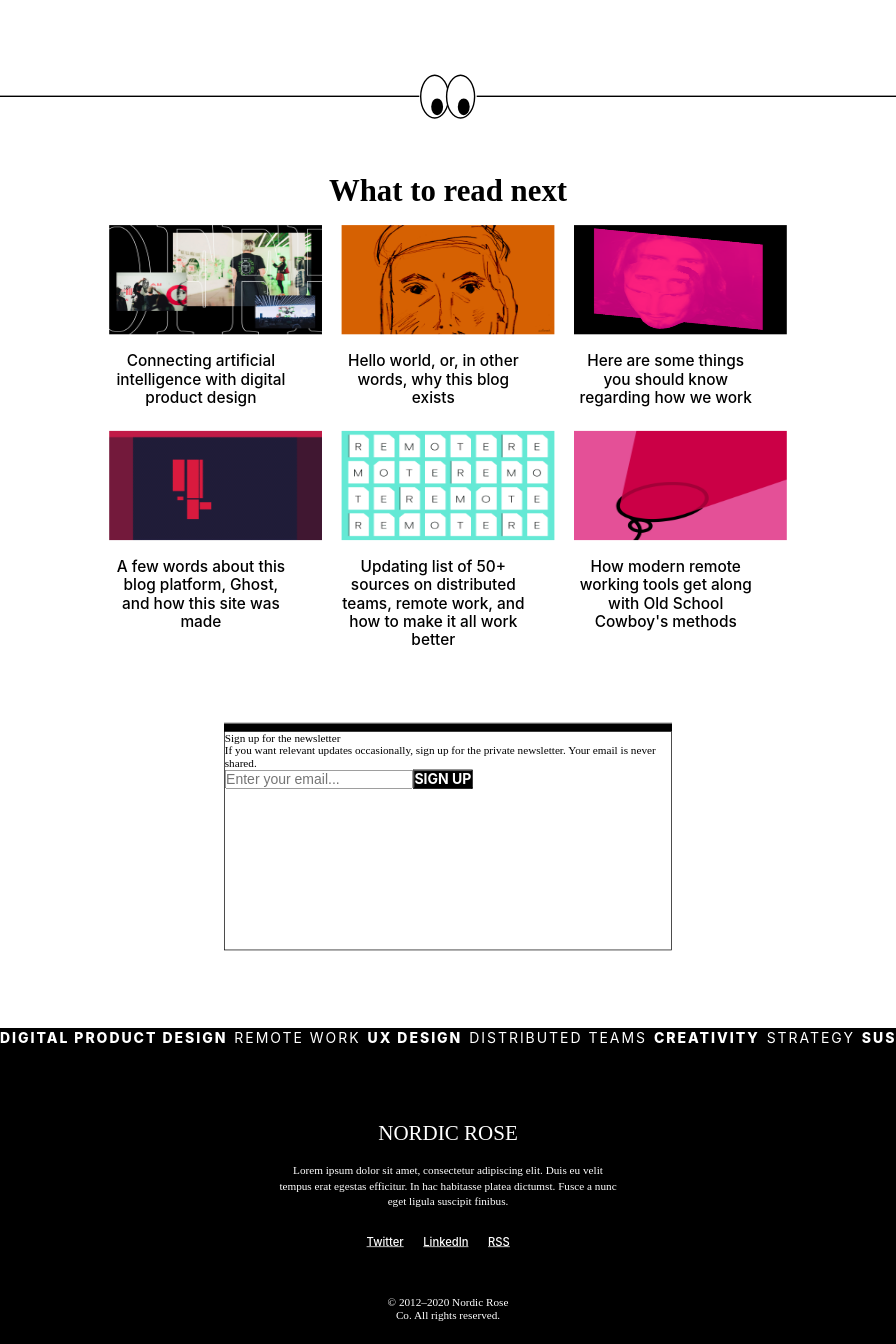
Repository: ThuTrang-jvb/JVB-BT1
Page: Page 3/article.html
An editor plug-in stored every save of this project. The page is shown before and after a run of saves, followed by the edit.
The browser window is 1280 px wide. The pictures show the part of the page from y = 3931 to 5851 px (the page is 5851 px tall), at 70% of full size.

Above is the page before, as saved 2025-06-30 10:14:39.

### Page 3/article.html
<!DOCTYPE html>
<html lang="en">
<head>
    <meta charset="UTF-8">
    <meta name="viewport" content="width=device-width, initial-scale=1.0">
    <link rel="stylesheet" href="styleArticle.css">
    <link href="https://fonts.googleapis.com/css2?family=Playfair+Display&display=swap" rel="stylesheet">
    <title>Article</title>
</head>
<body>
    <div class="header">
        <h1>NORDIC ROSE</h1>
        <div class="nav">
            <p class="active">blog</p>
            <p>about</p>
            <p>links</p>
            <p>projects</p>
        </div>
        <div class="hamburger">
            <span></span>
            <span></span>
            <span></span>
        </div>
    </div>
    <hr>
    <div class="main">
        <div class="title">
            <h1>A few words about this blog platform, Ghost, and how this site was made</h1>
            <p>Why Ghost (& Figma) instead of Medium, <br> WordPress or other options?</p>
            <img src="image/image 2.png" alt="image 2">
            <hr>
        </div>
        <div class="status">
            <div class="status_img">
                <img src="image/anh_nen.png" alt="image 3">
                <div class="status_text">
                    <p class="bold_p">Mika MAtikainen</p>
                    <p>Apr 15, 2020 · 4 min read</p>
                </div>

            </div>

            <div class="share-buttons">
                <button class="share-btn" aria-label="Share on Facebook">
                    <svg width="18" height="18" viewBox="0 0 24 24" fill="#000" xmlns="http://www.w3.org/2000/svg">
                    <path d="M22 12.07C22 6.48 17.52 2 12 2S2 6.48 2 12.07c0 5 3.66 9.13 8.44 9.93v-7.03h-2.54v-2.9h2.54V9.41c0-2.5 1.49-3.89 3.77-3.89 1.09 0 2.24.2 2.24.2v2.46h-1.26c-1.24 0-1.63.77-1.63 1.56v1.87h2.78l-.44 2.9h-2.34v7.03C18.34 21.2 22 17.07 22 12.07z"/>
                    </svg>
                </button>
                <button class="share-btn" aria-label="Share on Twitter">
                    <svg width="18" height="18" viewBox="0 0 24 24" fill="#000" xmlns="http://www.w3.org/2000/svg">
                    <path d="M22.46 6c-.77.35-1.6.58-2.46.69a4.28 4.28 0 0 0 1.88-2.36 8.56 8.56 0 0 1-2.71 1.04 4.26 4.26 0 0 0-7.26 3.88 12.09 12.09 0 0 1-8.77-4.45 4.26 4.26 0 0 0 1.32 5.69 4.23 4.23 0 0 1-1.93-.53v.05a4.26 4.26 0 0 0 3.42 4.17 4.29 4.29 0 0 1-1.92.07 4.26 4.26 0 0 0 3.98 2.96A8.54 8.54 0 0 1 2 19.54 12.07 12.07 0 0 0 8.29 21.5c7.55 0 11.68-6.26 11.68-11.68 0-.18 0-.35-.01-.53A8.36 8.36 0 0 0 22.46 6z"/>
                    </svg>
                </button>
            </div>
        </div>
        <div class="caption">
            <pre>Lorem ipsum dolor sit amet, consectetur adipiscing elit. Duis eu velit
tempus erat egestas efficitur. In hac habitasse platea dictumst. Fusce a
nunc eget ligula suscipit finibus. Aenean pharetra quis lacus at viverra.

Class aptent taciti sociosqu ad litora torquent per conubia nostra, per
inceptos himenaeos. Aliquam quis posuere ligula. In eu dui molestie, molestie
lectus eu, semper lectus.</pre>
            <h2>Next on the pipeline</h2>
            <pre>Duis eu velit tempus erat egestas efficitur. In hac habitasse platea
dictumst. Fusce a nunc eget ligula suscipit finibus. Aenean pharetra
quis lacus at viverra. Class aptent taciti sociosqu ad litora torquent per
conubia nostra, per inceptos himenaeos.

Morbi efficitur auctor metus, id mollis lorem pellentesque id. Nullam
posuere maximus dui et fringilla. </pre>
            <figure>
                <img src="image/3cc5df540f70fc0ba5d96cdc94c3d237971a9b6e.jpg" alt="Rectangle 8">
                <figcaption>Image caption centered this way and I’ll make this a bit longer to indicate the amount of line-height. </figcaption>
            </figure>
            <pre>Aenean pharetra quis lacus at viverra. Class aptent taciti sociosqu ad
litora torquent per conubia nostra, per inceptos himenaeos. Aliquam
quis posuere ligula.

In eu dui molestie, molestie lectus eu, semper lectus. Proin at justo
lacinia, auctor nisl et, consequat ante. Donec sit amet nisi arcu. Morbi
efficitur auctor metus, id mollis lorem pellentesque id. Nullam
posuere maximus dui et fringilla. Nulla non volutpat leo.</pre>
            <p>A list looks like this:</p>
            <ul>
                <li>First item in the list</li>
                <li>Second item in the list lorem ipsum dolor sit amet nunc felis dolor lorem ipsum sit amet</li>
                <li>Third item in the list</li>
            </ul>
            <p>Class aptent taciti sociosqu ad litora torquent per conubia nostra, per inceptos himenaeos. Aliquam quis posuere ligula. </p>
            <p>Thanks for reading,<br>
            Mika</p>
        </div>
        <div class="links">
            <div class="share-buttons">
                <button class="share-btn" aria-label="Share on Facebook">
                    <svg width="18" height="18" viewBox="0 0 24 24" fill="#000" xmlns="http://www.w3.org/2000/svg">
                        <path d="M22 12.07C22 6.48 17.52 2 12 2S2 6.48 2 12.07c0 5 3.66 9.13 8.44 9.93v-7.03h-2.54v-2.9h2.54V9.41c0-2.5 1.49-3.89 3.77-3.89 1.09 0 2.24.2 2.24.2v2.46h-1.26c-1.24 0-1.63.77-1.63 1.56v1.87h2.78l-.44 2.9h-2.34v7.03C18.34 21.2 22 17.07 22 12.07z"/>
                        <span>Share on Facebook</span>
                    </svg>
                </button>
                <button class="share-btn" aria-label="Share on Twitter">
                    <svg width="18" height="18" viewBox="0 0 24 24" fill="#000" xmlns="http://www.w3.org/2000/svg">
                    <path d="M22.46 6c-.77.35-1.6.58-2.46.69a4.28 4.28 0 0 0 1.88-2.36 8.56 8.56 0 0 1-2.71 1.04 4.26 4.26 0 0 0-7.26 3.88 12.09 12.09 0 0 1-8.77-4.45 4.26 4.26 0 0 0 1.32 5.69 4.23 4.23 0 0 1-1.93-.53v.05a4.26 4.26 0 0 0 3.42 4.17 4.29 4.29 0 0 1-1.92.07 4.26 4.26 0 0 0 3.98 2.96A8.54 8.54 0 0 1 2 19.54 12.07 12.07 0 0 0 8.29 21.5c7.55 0 11.68-6.26 11.68-11.68 0-.18 0-.35-.01-.53A8.36 8.36 0 0 0 22.46 6z"/>
                    <span>Share on Twitter</span>
                    </svg>
                </button>
            </div>
        </div>
        <div class="tag">
            <p>Tags: <a href="#">product design</a>, <a href="#">culture</a></p>
            <hr>
            <div class="status_tag">
                <img src="image/anh_nen.png" alt="image 3">
                <div class="status_text_end">
                    <p> <b>MIKA MATIKAINEN</b> is a Design Founder & Advisor, Berlin School of Creative Leadership Executive MBA participant, Zippie advisor, Wolt co-founder, and Nordic Rose stakeholder.  </p>
                </div>

            </div>
        </div>
    </div>
    <div class="divider">
        <div class="path"></div>
        <div class="eyes">
            <div class="eye eye-left">
                <div class="pupil"></div>
            </div>
            <div class="eye eye-right">
                <div class="pupil"></div>
            </div>
        </div>
        <div class="path"></div>
    </div>
    <div>
        <h3>What to read next</h3>
        <div class="image">
            <div class="image_line">
                <img src="image/image1.png" alt="Rectangle 4">
                <p>Connecting artificial intelligence with digital product design</p>
            </div>
            <div class="image_line">
                <img src="image/image2.png" alt="Rectangle 11">
                <p>Hello world, or, in other words, why this blog exists</p>
            </div>
            <div class="image_line">
                <img src="image/image.png" alt="Rectangle 10">
                <p>Here are some things you should know regarding how we work </p>
            </div>
        </div>
        <div class="image_desktop">
            <div class="image_line">
                <img src="image/image13.png" alt="Rectangle 37">
                <p>A few words about this blog platform, Ghost, and how this site was made</p>
            </div>
            <div class="image_line">
                <img src="image/image12.png" alt="Rectangle 39">
                <p>Updating list of 50+ sources on distributed teams, remote work, and how to make it all work better</p>
            </div>
            <div class="image_line">
                <img src="image/image11.png" alt="Rectangle 38">
                <p>How modern remote working tools get along with Old School Cowboy's methods</p>
            </div>
        </div>
    </div>
    <hr>
    <div class="frame">
        <p class="sign">Sign up for the newsletter</p>
        <p>If you want relevant updates occasionally, sign up for the private newsletter. Your email is never shared. </p>
        <div class="email">
            <input type="email" placeholder="Enter your email...">
            <button>SIGN UP</button>
        </div>
    </div>



    <div class="footer">
        <div class="line-wrap">
            <div class="line">
                <span class="bold">Digital product design</span>
                <span>Remote work</span>
                <span class="bold">UX design</span>
                <span>Distributed teams</span>
                <span class="bold">Creativity</span>
                <span>Strategy</span>
                <span class="bold">Suspense</span>
                <span>Growth</span>
            </div>
        </div>
        <p class="logo">NORDIC ROSE</p>
        <p class="para">Lorem ipsum dolor sit amet, consectetur adipiscing elit. Duis eu velit tempus erat egestas efficitur. In hac habitasse platea dictumst. Fusce a nunc eget ligula suscipit finibus. </p>
        <div class="info">
            <p>Twitter</p>
            <p>LinkedIn</p>
            <p>RSS</p>
        </div>
        <p class="year">© 2012–2020 Nordic Rose Co. All rights reserved. </p>
    </div>
</body>
</html>

### Page 3/styleArticle.css
 * {
    margin: 0;
    padding: 0;
    box-sizing: border-box;
 }
.header {
    width: 100%;
    max-width: 1440px;
    height: auto;
    box-sizing: border-box;
    justify-content: space-between;
    align-items: center;
    display: flex;
    gap: 476.59px;
    padding: 52.54px 61px 40px 63.58px;
    height: 134px;
}
.header h1 {
    font-weight: 400;
    font-size: 30px;
}
.hamburger {
  display: none;
  flex-direction: column;
  gap: 5px;
  cursor: pointer;
}

.hamburger span {
  width: 25px;
  height: 3px;
  background-color: black;
  display: block;
  border-radius: 2px;
}
.nav {
    display: flex;
    justify-content: center;
    gap: 34px;
}
.nav p {
    position: relative;
    font-family: New York Small;
    font-weight: 500;
    font-size: 20px;
    line-height: 170%;
    letter-spacing: 2.8px;
    text-align: center;
    text-transform: uppercase;
    margin: 0;
    text-decoration: none;

}

.nav p.active::after {
    content: "";
    position: absolute;
    bottom: -43px;
    left: 50%;
    transform: translateX(-50%);
    width: 50px;
    height: 2px;
    background-color: #000;
}

hr {
  width: 100vw;
  border: none;
  border-top: 1px solid #ccc;
  margin: 0;
}
.title img {
    width: 100vw;
    height: auto;
    display: block;
    padding-bottom: 44px;
    margin: 0 auto;
}
.title h1 {
    font-family: New York Extra Large;
    font-weight: 700;
    font-size: 54px;
    line-height: 100%;
    letter-spacing: 0%;
    text-align: center;
    margin: 0 auto;
    max-width: 858px;
    padding-top: 52px;
    padding-bottom: 32px;
}
.title p {
    font-family: SF Mono;
    font-weight: 400;
    font-size: 20px;
    line-height: 170%;
    letter-spacing: 0%;
    text-align: center;
    max-width: 592px;
    margin: 0 auto;
    padding-bottom: 52px;

}
.title hr {
    border: 2px solid #000000;
    width: 640px;
    display: block;
    margin: 0 auto;
}
.status_img img {
    width: 56px;
    height: 56px;
    object-fit: cover;
    border-radius: 50%;
}
.share-buttons {
    display: flex;
    border: 2px solid #e0e0e0;
    border-radius: 5px;
    overflow: hidden;
    width: fit-content;
    background-color: #fff;
    margin-left: 273px;
    margin-top: 1px;
}
.share-btn {
    border: none;
    padding: 12.04px 25px;
    background: transparent;
    cursor: pointer;
    display: flex;
    align-items: center;
    justify-content: center;
    outline: none;
    gap: 16px;
}

.share-btn + .share-btn {
    border-left: 1px solid #e0e0e0;
}

.share-btn svg {
    width: 20px;
    height: 20px;
}
.status {
    display: flex;
    justify-content: center;
    align-items: center;
}
.status_img {
    display: flex;
    align-items: center;
    gap: 5px;
    padding-top: 24px;
    padding-bottom: 53px;
}
.bold_p {
    max-width: 191px;
    font-family: SF Pro Text;
    font-weight: 700;
    font-size: 16px;
    line-height: 100%;
    letter-spacing: 5%;
    text-transform: uppercase;
}
.status_text p {
    font-family: SF Pro Text;
    font-weight: 400;
    font-size: 16px;
    line-height: 100%;
    letter-spacing: 0%;
}
.status_text {
    padding-top: 5px;
}
.caption pre{
    text-align: left;
    margin: 0 auto;
    max-width: 640px;
    font-family: 'SF Pro Text', 'New York Medium', serif;
    font-weight: 400;
    font-size: 20px;
    line-height: 170%;
    letter-spacing: 0%;

}

.caption h2 {
    font-family: SF Pro Display;
    font-weight: 700;
    font-size: 32px;
    line-height: 160%;
    letter-spacing: 0%;
    padding-top: 57px;
    padding-bottom: 24px;
    text-align: left;
    max-width: 640px;
    margin: 0 auto;
}
.caption img {
    width: 854px;
    height: 570px;
    display: block;
    margin: 0 auto;
    padding-top: 52px;
    padding-bottom: 12px;
}
figcaption {
    max-width: 481px;
    text-align: center;
    margin: 0 auto;
    padding-bottom: 52px;
}
.caption p {
    font-family: New York Medium;
    font-weight: 400;
    font-size: 20px;
    line-height: 170%;
    letter-spacing: 0%;
    text-align: left;
    margin: 0 auto;
    max-width: 640px;
    padding-top: 52px;
}
li {
    font-family: New York Medium;
    font-weight: 400;
    font-size: 20px;
    line-height: 170%;
    letter-spacing: 0%;
    text-align: left;
    margin: 0 auto;
    max-width: 588px;
}
ul {
    padding-top: 19px;
}
.links {
    display: block;
    margin: 0 auto;
    padding-top: 77px;

}
.links .share-buttons{
    margin: 0 auto;
}
.links .share-btn {
    padding: 19px 70px;
}
.tag p {
    max-width: 640px;
    text-align: left;
    margin: 0 auto;
    padding-top: 32px;
    padding-bottom: 34px;
    font-family: SF Pro Text;
    font-weight: 500;
    font-size: 16px;
    line-height: 100%;
    letter-spacing: 3%;

}
.tag hr {
    border: 1px dotted #000000;
    width: 640px;
    display: block;
    margin: 0 auto;
}
.status_text_end {
    display: flex;
    max-width: 543px;
    text-align: left;
    margin: 0 auto;
    font-family: SF Pro Text;
    font-weight: 400;
    font-size: 16px;
    line-height: 160%;
    letter-spacing: 5%;

}
.status_tag img {
    width: 70px;
    height: 70px;
    object-fit: cover;
    border-radius: 50%;
}
.status_tag {
    display: flex;
    align-items: center;
    gap: 24px;
    max-width: 640px;
    margin: 0 auto;
}



.footer {
    background-color: #000000;
    color: white;
    text-align: center;
    padding-bottom:32px;
}
.bold {
    font-weight: 800;
}
.line {
    display: flex;
    flex-wrap: nowrap;
    overflow-x: auto;
    max-width: 100%;
    letter-spacing: 2.8px;
    white-space: nowrap;
    padding-bottom: 105.12px;
    scrollbar-width: none;
    gap: 10px;
}
.line::-webkit-scrollbar {
    display: none;
}
.line-wrapper {
  width: 100vw;
  overflow-x: auto;
}
.line span {
    font-family: SF Pro Text;
      font-size: 20px;
      color: #fff;
      text-transform: uppercase;
      display: inline-flex;
      flex-wrap: nowrap;
      justify-content: center;
      flex-shrink: 0;
      line-height: 28px;
}
    .divider {
      display: flex;
      align-items: center;
      justify-content: center;
      margin: 100px 0 40.71px;
    }

    .path {
      flex: 1;
      height: 2.5px;
      background-color: black;
    }

    .eyes {
      display: flex;
      width: 82px;
      height: 64px;
      align-items: center;
      position: relative;
    }

    .eye {
      width: 42.29px;
      height: 62.86px;
      background: white;
      border: 2.5px solid black;
      border-radius: 50%;
      position: absolute;
    }

    .eye-left {
      left: 0.5px;
    }

    .eye-right {
      left: 38px;
    }

    .pupil {
      width: 17.14px;
      height: 24.29px;
      background: black;
      border-radius: 50%;
      position: absolute;
      top: 55%;
      left: 38%;
    }
.image, .image_desktop {
    display: grid;
    grid-template-columns: repeat(3, 0fr);
    justify-content: center;
    gap: 28px
}
.image_line img {
    width: 304px;
    height: 176px;
    padding-bottom: 20px;
}
.image_line p {
    font-family: SF Pro Display;
    font-weight: 500;
    font-size: 22px;
    line-height: 120%;
    letter-spacing: 0%;
    text-align: center;
    max-width: 262px;
    padding-bottom: 34px;
}
h3 {
    font-family: New York Extra Large;
    font-weight: 700;
    font-size: 44px;
    line-height: 100%;
    letter-spacing: 0%;
    text-align: center;
    padding-top: 40.71px;
    padding-bottom: 27px;
}
.email {
    display: flex;
}
.frame {
    width: 640px;
    height: 313px;
    border: 1px solid #000000;
    display: block;
    margin: 0 auto 111px;
}
hr {
    background: #000000;
    width: 640px;
    height: 12px;
    display: block;
    margin: 0 auto;
    margin-top: 71px;
}
button {
    background-color: #000000;
    color: white;
    font-family: SF Pro Text;
    font-weight: 700;
    font-size: 20px;
    line-height: 100%;
    letter-spacing: 5%;
    text-align: center;
    text-transform: uppercase;
}
input {
    border: 1px solid #000000
font-family: SF Pro Text;
font-weight: 400;
font-size: 20px;
line-height: 100%;
letter-spacing: 0%;

}










.footer h1 {
    padding-bottom: 25.58px;
}
.para {
    font-family: New York Small;
    font-weight: 400;
    font-size: 16px;
    line-height: 140%;
    text-align: center;
    max-width: 488px;
    padding-bottom: 32px;
    margin: 0 auto;
}
.info {
    display: flex;
    justify-content: center;
    max-width: 209px;
    padding-bottom: 64px;
    margin: 0 auto;
}

.info p {
    margin: 0;
    font-family: SF Pro Text;
    font-weight: 500;
    font-size: 16px;
    line-height: 170%;
    text-decoration: underline;
    padding-right: 28px;
}
.logo {
    margin: 0;
    font-weight: 400;
    font-size: 30px;
    padding-bottom: 25.58px;
}
.footer .year {
    max-width: 178px;
    text-align: center;
    margin: 0 auto;
}
@media screen and (max-width: 767px) {
    .header {
        padding: 24px 20px;
        gap: 0;
    }

    .nav {
        display: none;
    }

    .hamburger {
        display: flex;
    }
    hr {
        width: 100%;
    }
    .main {
        padding: 52px 0 0 0;
    }

    .title img {
        width: 100%;
        height: auto;
        display: block;
        margin: 0;
    }

    .title h1 {
        font-size: 36px;
        max-width: 100%;
        text-align: center;
        padding-bottom: 24px;
        margin: 0 auto;
    }

    .title p {
        font-size: 16px;
        max-width: 90%;
        text-align: center;
        padding-bottom: 36px;
    }

    .title hr {
        width: 90%;

    }




    .line {
        margin: 0;
        padding-bottom: 32px;
        justify-content: flex-start;
        max-width: 100vw;
        overflow-x: auto;
    }

    .line span {
        font-size: 14px;
        line-height: 24px;
    }

    .logo {
        font-size: 20px;
        padding-bottom: 16px;
    }

    .para {
        font-size: 14px;
        padding-bottom: 32px;
        margin: 0 auto;
        max-width: 90%;
    }

    .info {
        justify-content: center;
        gap: 16px;
        font-size: 14px;
        padding-bottom: 64px;
        max-width: 100%;
    }

    .footer .year {
        font-size: 12px;
        padding: 0 16px;
    }
}

After the next 3 saves:
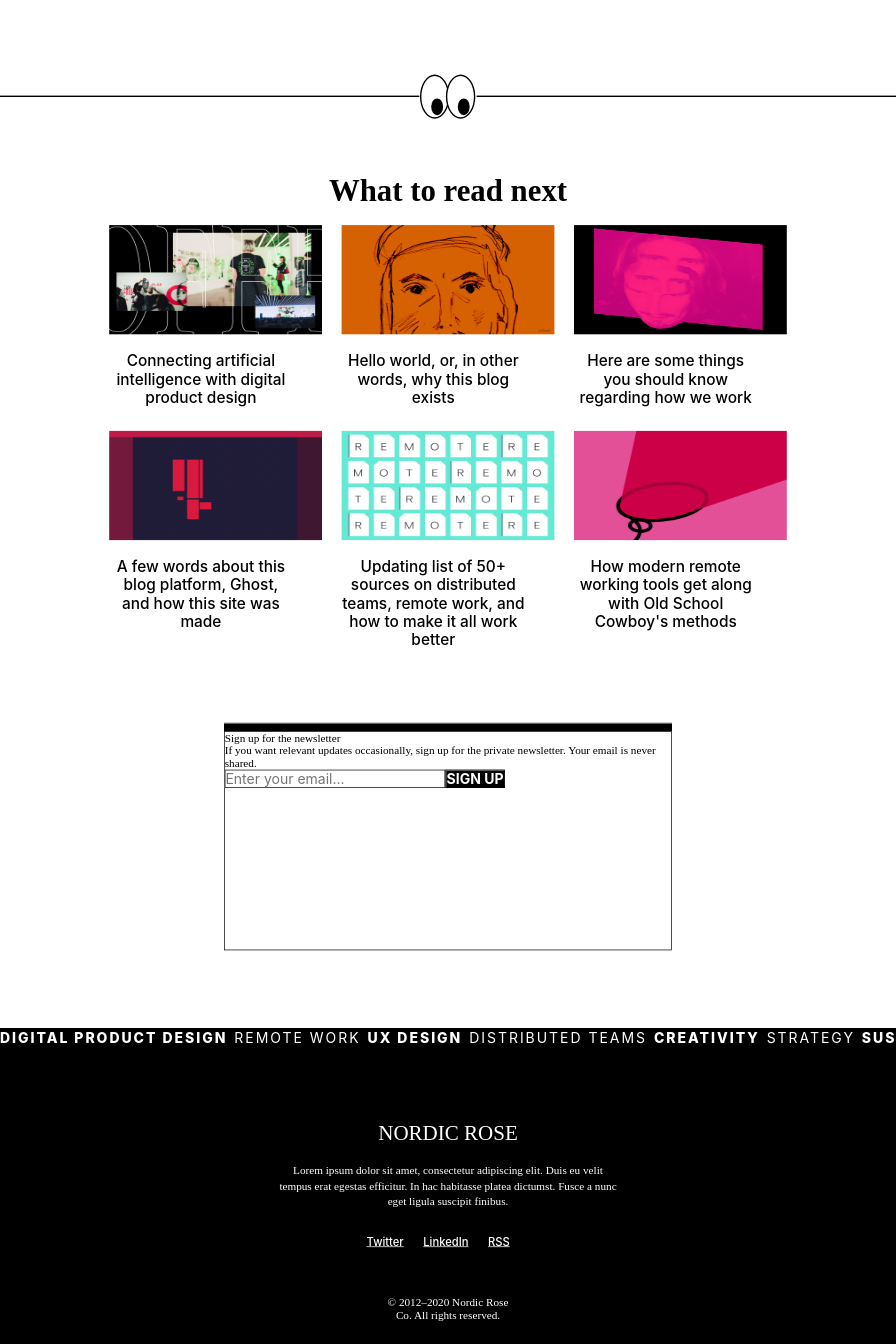
The 3 saves are shown as one change because they came seconds apart.
The last was saved 10 s later.
--- a/Page 3/styleArticle.css
+++ b/Page 3/styleArticle.css
@@ -440,13 +440,12 @@ button {
     text-transform: uppercase;
 }
 input {
-    border: 1px solid #000000
-font-family: SF Pro Text;
-font-weight: 400;
-font-size: 20px;
-line-height: 100%;
-letter-spacing: 0%;
-
+    border: 1px solid #000000;
+    font-family: SF Pro Text;
+    font-weight: 400;
+    font-size: 20px;
+    line-height: 100%;
+    letter-spacing: 0%;
 }
 
 
